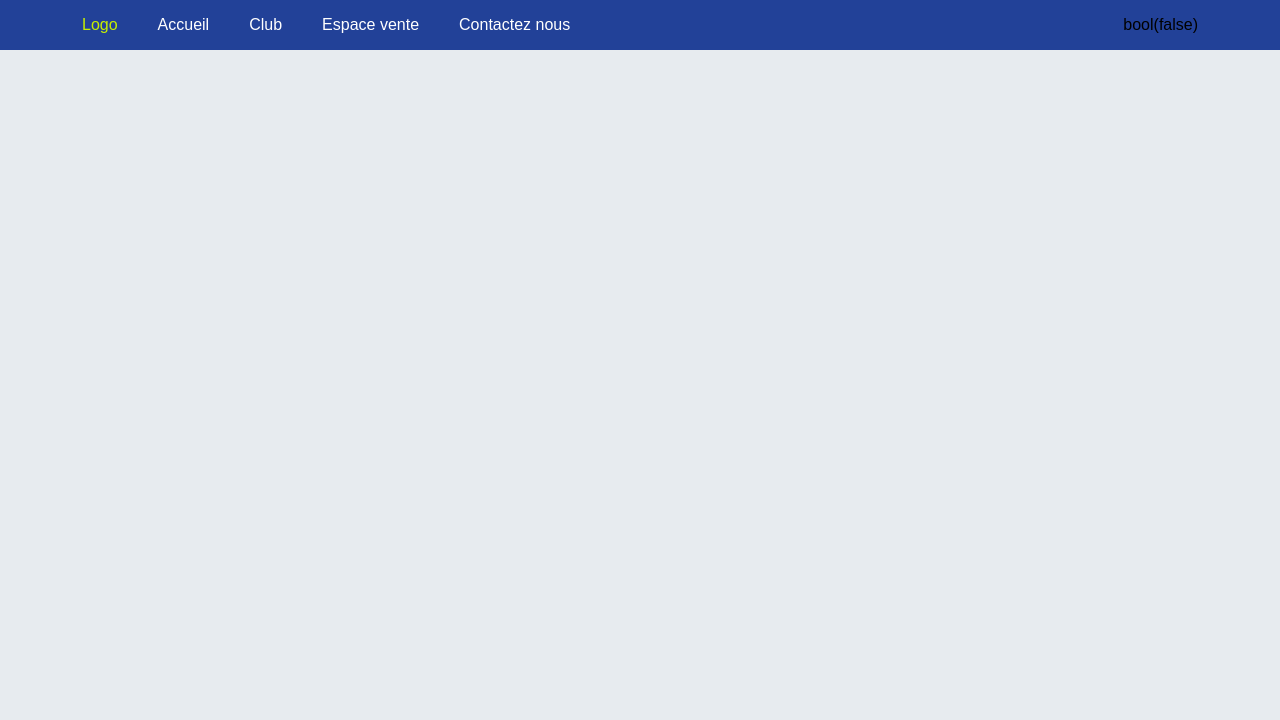
Repository: ZacZacovi4/projet_v2
Page: http://localhost/index.php?page=login
The author's editor kept a copy of each file at every save. The page is drawn from the files as they stood at one save, then again after the next save.
The browser window is 1280 px wide. The pictures show the whole page.
The page is run by PHP 8.4 with error messages shown; the project is at /var/www/html/.

Above is the page before, as saved 2025-05-18 20:16:02.

### public/index.php
<?php
require_once __DIR__ . "/../include/function.php";
require_once __DIR__ . "/../include/connect.php";
require_once __DIR__ . "/../include/auth.php";
// echo password_hash("123", PASSWORD_DEFAULT);
// Définition de la “table de routage”
$routes = [
      'home' => ['model' => 'public/home', 'template' => 'public/home'],
      'login' => ['model' => 'user/login', 'template' => 'user/login'],
      'register' => ['model' => 'user/register', 'template' => 'user/register'],
];

// Récupération du paramètre page, valeur par défaut “home” operateur de coalescence des nulls, ça remplace :
// $page = isset($_GET['page']) ? $_GET['page'] : 'home';
$page = $_GET['page'] ?? 'home';


// si la route existe on inclut, sinon 404
if (isset($routes[$page])) {
      $route = $routes[$page];
      require_once __DIR__ . '/../template/partial/_header.html.php';
      if (!empty($route['model'])) {
            require_once __DIR__ . "/../model/{$route['model']}.php";
      }
      if (!empty($route["template"])) {
            require_once __DIR__ . "/../template/{$route['template']}.html.php";
      }
      require_once __DIR__ . '/../template/partial/_footer.html.php';
} else {
      include __DIR__ . '/../template/public/404.html.php';
}

### include/function.php
<?php
function redirect($path)
{
    header("Location:" . $path);
    exit();
}

### include/connect.php
<?php
//important de faire le block 'try catch' au cas ou on a un erreur
$dsn = 'mysql:host=localhost;dbname=bdd_club;charset=utf8';
$username = 'root';
$password = '';

try {
    $db = new PDO($dsn, $username, $password, [
        PDO::ATTR_ERRMODE => PDO::ERRMODE_EXCEPTION,
        PDO::ATTR_DEFAULT_FETCH_MODE => PDO::FETCH_ASSOC,
        PDO::ATTR_EMULATE_PREPARES => false,
    ]);
} catch (Exception $e) {
    echo "Connection failed: " . $e->getMessage();
    exit;
}

### include/auth.php
<?php

function isLoggedIn(): bool
{
    return isset($_SESSION["user"]);
}

function isAdmin(): bool
{
    return isLoggedIn() && isset($_SESSION["user"]["role"]) === 1;
}

function isBookingManager(): bool
{
    return isLoggedIn() && isset($_SESSION["user"]["role"]) === 2;
}

function isUser(): bool
{
    return isLoggedIn() && isset($_SESSION["user"]["role"]) === 3;
}

### template/partial/_header.html.php
<!DOCTYPE html>
<html lang="fr">

<head>
    <meta charset="UTF-8" />
    <meta name="viewport" content="width=device-width, initial-scale=1.0" />
    <link rel="stylesheet" href="css/style.css" />
    <link rel="stylesheet" href="https://cdnjs.cloudflare.com/ajax/libs/font-awesome/6.7.2/css/all.min.css" />
    <title>Accueil</title>
</head>

<body>
    <header>
        <!-- Barre de navigation principale -->
        <nav class="navbar">
            <div class="navbar__container container">
                <!-- Bouton menu hamburger (affiché sur mobile) -->
                <button type="button" class="navbar__toggler" aria-label="bouton de navigation" aria-expanded="false">
                    <!-- Icône hamburger composée de 3 rectangles -->
                    <svg class="hamburger__icon" width="32" height="27" viewBox="0 0 32 27">
                        <rect class="hamburger__bar--top" x="4" y="4" width="24" height="3" />
                        <rect class="hamburger__bar--middle" x="4" y="12" width="24" height="3" />
                        <rect class="hamburger__bar--bottom" x="4" y="20" width="24" height="3" />
                    </svg>
                </button>
                <!-- Nom du site ou logo cliquable -->
                <div class="navbar__brand">
                    <a href="accueil.html">Logo</a>
                </div>
                <!-- Menu principal avec ancres vers les sections -->
                <ul class="navbar__menu">
                    <li class="navbar__item">
                        <a class="navbar__link" href="accueil.html">Accueil</a>
                    </li>
                    <li class="navbar__item">
                        <a class="navbar__link" href="apropos.html">Club</a>
                    </li>
                    <li class="navbar__item">
                        <a class="navbar__link" href="espace_vente.html">Espace vente</a>
                    </li>
                    <li class="navbar__item">
                        <a class="navbar__link" href="#ref4">Contactez nous</a>
                    </li>
                </ul>
                <?php var_dump(isLoggedIn());
                exit();
                if (isLoggedIn()) { ?>
                    <!-- Bouton pour accéder à l'espace de connexion -->
                    <a href="accueil_utilisateur.html" class="navbar__user-home-button">
                        <img src="assets/images/photo_player_1.avif" alt="" class="navbar__user-home-img" />
                        <p>Mon Compte</p>
                    </a>
                <?php } else { ?>
                    <a href="index.php?page=login" class="navbar__connexion-button">Connexion
                    </a>
                <?php } ?>
            </div>
        </nav>
    </header>

### model/user/login.php
<?php

if ($_SERVER['REQUEST_METHOD'] == 'POST') {
    $email = $_POST['email'];
    $password = $_POST['password'];

    $stmt = $db->prepare("SELECT user_id, user_password, role_id FROM users WHERE user_email=:email");
    // Vérifie le mail donné $_post["admin_mail"] avec celui de la BDD ":admin_mail"
    $stmt->bindValue(":email", $email);
    $stmt->execute();
    $user = $stmt->fetch(PDO::FETCH_ASSOC);

    if ($user && password_verify($password, $user["user_password"])) {
        session_start();
        $_SESSION["user"] = [
            "id" => $user["user_id"],
            "role" => $user["role_id"],
        ];
        redirect("index.php?page=home");
    } else {
        $error = "Identifiant ou mot de passe incorrect";
    }
}

### template/user/login.html.php
<main>
  <section class="connection__formulaire">
    <div class="login">
      <h1 class="login__title">Connexion</h1>
      <div class="login__description">
        <p class="login__inscription-suggestion">
          Vous n'avez pas encore le compte?
          <a href="inscription.html" class="login__link">
            Inscrivez vous !</a>
        </p>
      </div>
      <?php if (isset($error))
        echo "<p>$error</p>"; ?>
      <form action="index.php?page=login" method="post" class="login__form">
        <div class="login__form-group">
          <label for="email" class="login__label">Email*</label>
          <input type="email" id="email" name="email" placeholder="Votre email" required class="login__input" />
        </div>
        <div class="login__form-group">
          <label for="password" class="login__label">Mot de passe*</label>
          <input type="password" id="password" name="password" placeholder="Votre mot de passe" required
            class="login__input" />
        </div>
        <button type="submit" class="login__button">Connecter</button>
        <div class="login__forgot-password">
          <a href="#" class="login__link">Mot de passe oublié ?</a>
        </div>
      </form>
    </div>
  </section>
</main>

### template/partial/_footer.html.php
<!-- Pied de page -->
<footer class="footer">
    <div class="footer__content container">
        <!-- Logo pied de page -->
        <div class="footer__brand">
            <a href="accueil.html">Logo</a>
        </div>

        <!-- Icônes des réseaux sociaux -->
        <div class="footer__socials">
            <i class="fa-brands fa-facebook"></i>
            <i class="fa-brands fa-x-twitter"></i>
            <i class="fa-brands fa-instagram"></i>
            <i class="fa-brands fa-youtube"></i>
            <i class="fa-brands fa-linkedin"></i>
        </div>

        <!-- Liens du pied de page -->
        <div class="footer__links-list">
            <ul class="footer__menu">
                <li class="footer__item">
                    <a class="footer__link" href="#ref1">Contactez nous</a>
                </li>
                <li class="footer__item">
                    <a class="footer__link" href="#ref2">Mentions légales</a>
                </li>
                <li class="footer__item">
                    <a class="footer__link" href="#ref3">Conditions générales et règlements</a>
                </li>
                <li class="footer__item">
                    <a class="footer__link" href="#ref4">Politique de confidentialité</a>
                </li>
            </ul>
        </div>
    </div>
</footer>

<script src="js/script.js"></script>
</body>

</html>

Loaded but not shown: public/js/script.js (73 lines, source omitted); public/css/style.css (1464 lines, source omitted)

After the next save:
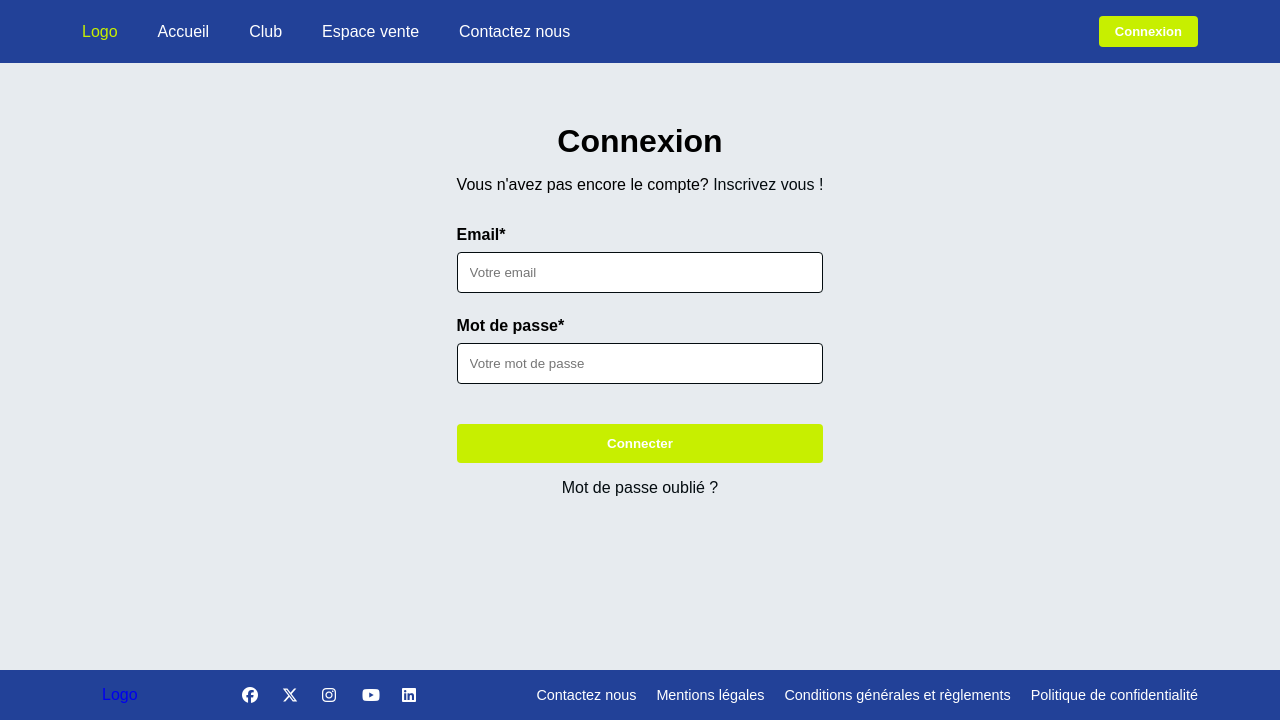
Console error: TypeError: Cannot set properties of null (setting 'onclick')
Saved 107 s later.
--- a/template/partial/_header.html.php
+++ b/template/partial/_header.html.php
@@ -42,9 +42,10 @@
                         <a class="navbar__link" href="#ref4">Contactez nous</a>
                     </li>
                 </ul>
-                <?php var_dump(isLoggedIn());
-                exit();
-                if (isLoggedIn()) { ?>
+                <?php
+
+                if (isLoggedIn()) {
+                    var_dump(isLoggedIn()); ?>
                     <!-- Bouton pour accéder à l'espace de connexion -->
                     <a href="accueil_utilisateur.html" class="navbar__user-home-button">
                         <img src="assets/images/photo_player_1.avif" alt="" class="navbar__user-home-img" />
